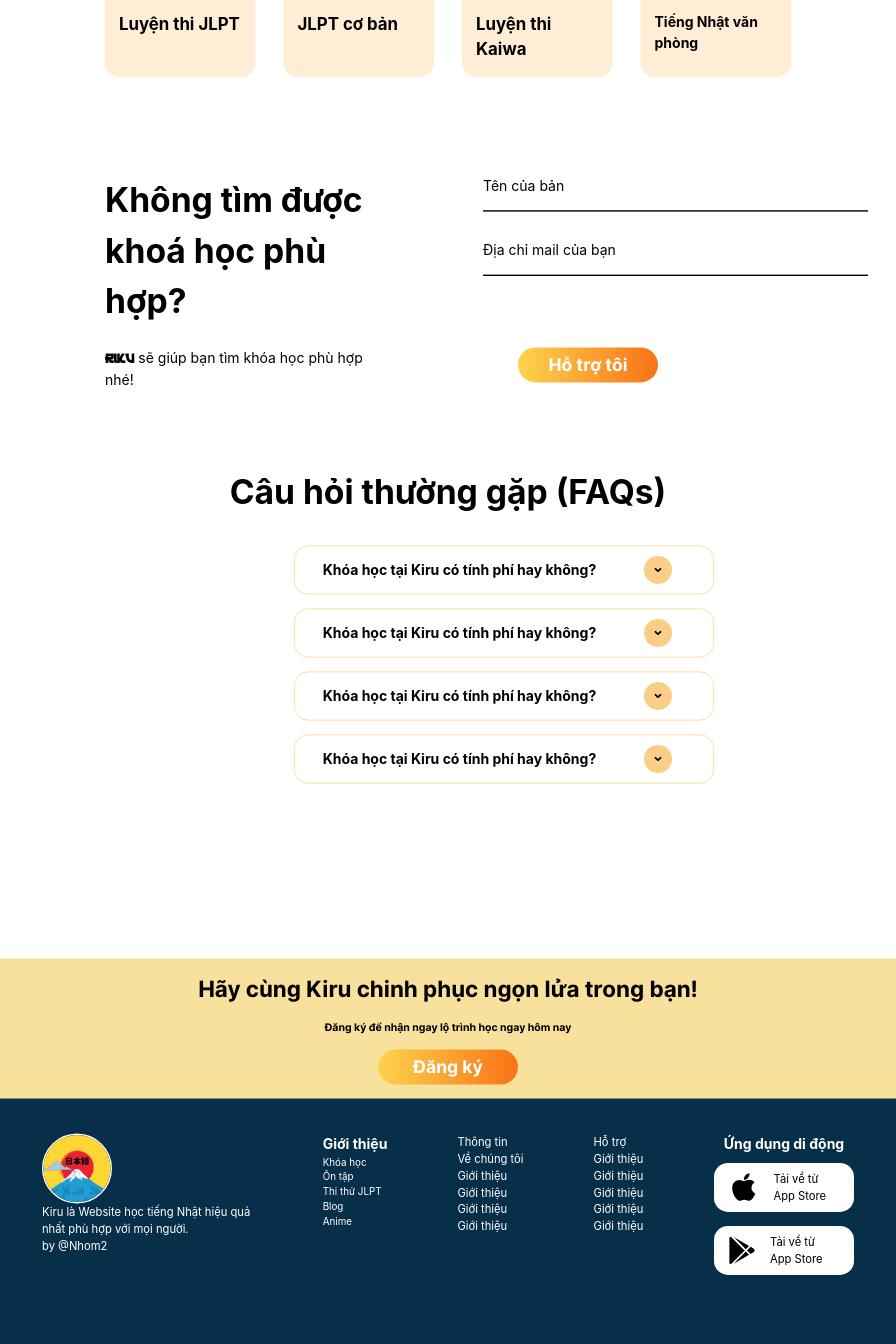
Repository: Quynhhuong150322/Kiru_Website-hoc-tieng-Nhat
Page: /
The author's editor kept a copy of each file at every save. The page is drawn from the files as they stood at one save, then again after the next save.
The browser window is 1280 px wide. The pictures show the part of the page from y = 3205 to 5125 px (the page is 5125 px tall), at 70% of full size.
The project was rebuilt for these pictures with package versions that can differ from the ones it lists, and the page was loaded fresh each time.

Above is the page before, as saved 2023-08-17 02:33:54.

### public/index.html
<!DOCTYPE html>
<html lang="en">
  <head>
    <meta charset="utf-8" />
    <link rel="icon" href="%PUBLIC_URL%/favicon.ico" />
    <meta name="viewport" content="width=device-width, initial-scale=1" />
    <meta name="theme-color" content="#000000" />
    <meta
      name="description"
      content="Web site created using create-react-app"
    />
    <link rel="apple-touch-icon" href="%PUBLIC_URL%/logo192.png" />
    <!--
      manifest.json provides metadata used when your web app is installed on a
      user's mobile device or desktop. See https://developers.google.com/web/fundamentals/web-app-manifest/
    -->
    <link rel="manifest" href="%PUBLIC_URL%/manifest.json" />
    <!--
      Notice the use of %PUBLIC_URL% in the tags above.
      It will be replaced with the URL of the `public` folder during the build.
      Only files inside the `public` folder can be referenced from the HTML.

      Unlike "/favicon.ico" or "favicon.ico", "%PUBLIC_URL%/favicon.ico" will
      work correctly both with client-side routing and a non-root public URL.
      Learn how to configure a non-root public URL by running `npm run build`.
    -->
    <title>Kiru web</title>
  </head>
  <body>
    <noscript>You need to enable JavaScript to run this app.</noscript>
    <div id="root"></div>
    <!--
      This HTML file is a template.
      If you open it directly in the browser, you will see an empty page.

      You can add webfonts, meta tags, or analytics to this file.
      The build step will place the bundled scripts into the <body> tag.

      To begin the development, run `npm start` or `yarn start`.
      To create a production bundle, use `npm run build` or `yarn build`.
    -->
  </body>
</html>

### src/index.js
import React from 'react';
import ReactDOM from 'react-dom/client';
import './index.css';
import App from './App';
import reportWebVitals from './reportWebVitals';
import { BrowserRouter} from "react-router-dom";


const root = ReactDOM.createRoot(document.getElementById('root'));
root.render(
  <React.StrictMode>
    <BrowserRouter>
      <App />
    </BrowserRouter>
  </React.StrictMode>
);

// If you want to start measuring performance in your app, pass a function
// to log results (for example: reportWebVitals(console.log))
// or send to an analytics endpoint. Learn more: https://bit.ly/CRA-vitals
reportWebVitals();

### src/App.js
import './App.css';
import HeaderBefor from "./component/header_footer/HeaderBefor";
import Footer from "./component/header_footer/footer";
// import MyRoutes from './route/MyRoutes';
import GioiThieu from "./component/Gioi_thieu"
import KhoaHocBefor from "./component/Khoa_hoc_befor";
import LienHe from "./component/Lien_he";
import FAQs from "./component/FAQs";


function App() {
  return (
    <div className = "bg-white">
      {/* <MyRoutes></MyRoutes> */}
      <HeaderBefor></HeaderBefor>
      <GioiThieu></GioiThieu>
      <KhoaHocBefor></KhoaHocBefor>
      <LienHe></LienHe>
      <FAQs></FAQs>
      <Footer></Footer>
    </div>
  );
}

export default App;

### src/App.css
.App {
  text-align: center;
}

.App-logo {
  height: 40vmin;
  pointer-events: none;
}

@media (prefers-reduced-motion: no-preference) {
  .App-logo {
    animation: App-logo-spin infinite 20s linear;
  }
}

.App-header {
  background-color: #282c34;
  min-height: 100vh;
  display: flex;
  flex-direction: column;
  align-items: center;
  justify-content: center;
  font-size: calc(10px + 2vmin);
  color: white;
}

.App-link {
  color: #61dafb;
}

@keyframes App-logo-spin {
  from {
    transform: rotate(0deg);
  }
  to {
    transform: rotate(360deg);
  }
}

@font-face {
  font-family: Japanese;
  src: url(./font/Japanese\ 3017.ttf);
}

@font-face {
  font-family: InterBold;
  src: url(./font/Inter-Bold.ttf);
}

@font-face {
  font-family: InterRegular;
  src: url(./font/Inter-Regular.ttf);
}

@font-face {
  font-family: Montserrat;
  src: url(./font/MontserratAlternates-Bold.otf);
}

### src/component/header_footer/HeaderBefor.js
import React from "react";
import logo from "../../image/logo.png"
import { Link } from "react-router-dom";

const Header = () => {
    return (
        <div className = "bg-white top-0 h-[70px] ">
            <div class="flex justify-between items-center p-1">
                <Link to = "/">
                    <div className="flex flex-row items-center gap-5 pl-[50px] justify-center">
                        <img
                            className="h-[55px] w-55px] rounded-full "
                            src = {logo}
                            alt = "logo"
                        />
                        <div className="font-japanese text-[40px] font-bold">Kiru</div>
                    </div>
                </Link>
                <div className=""></div>
                    <ul className="flex space-x-4 justify-start gap-10 font-interBold text-[17px] pr-28 ">
                        <li className="hover:text-yellow-500">
                            <Link to = "/GioiThieu">Giới Thiệu</Link>
                        </li>
                        <li className="hover:text-yellow-500">
                            <Link to = "/LienHe">Liên hệ</Link>
                        </li>
                        <li className="hover:text-yellow-500">
                            <Link to = "/KhoaHocBefor">Khoá học</Link>
                        </li>
                        <li className="hover:text-yellow-500">
                            <Link to = "/FAQs">FAQs</Link>
                        </li>
                    </ul>
                <div className="pr-[50px] flex items-center ">
                    <ul className="flex space-x-4 justify-start gap-1 font-interBold text-[17px] items-center">
                        <li>
                            <button
                                type="button"
                                className="w-[117px] h-10 rounded-[20px] hover:border-2 border-amber-500 hover:text-sky-500">
                                Đăng nhập
                            </button>
                        </li>
                        <li>
                            <button
                                type="button"
                                className = "w-28 h-10 rounded-[20px] text-white bg-gradient-to-r from-amber-300  to-orange-500 hover:border-2 border-amber-700 hover:text-sky-500">
                                Đăng ký
                            </button>
                        </li>
                    </ul>
                </div>
            </div>

        </div>
    );
};
export default Header;

### src/component/header_footer/footer.js
import React from "react";
import logo from "../../image/logo.png";
import {FaApple, FaGooglePlay} from "react-icons/fa";

const Footer = () => {
    return (
        <div class="">
            <div className="h-[350px] bg-sky-950 flex justify-between pt-[50px] px-[60px]">
                <div className="flex-initial w-[300px]">
                    <img
                        className="h-[100px] w-100px] rounded-full border-2 border-white"
                        src = {logo}
                        alt = "logo"
                    />
                    <p className="text-white">Kiru là Website học tiếng Nhật hiệu quả nhất phù hợp với mọi người. <p className="">by @Nhom2</p></p>
                </div>
                <div className="flex flex-row gap-[100px]">
                    <ul class="list-none text-white">
                        <li className="font-bold text-[20px]">Giới thiệu</li>
                        <li className="hover:text-yellow-500 text-[14px]">Khóa học </li>
                        <li className="hover:text-yellow-500 text-[14px]">Ôn tập </li>
                        <li className="hover:text-yellow-500 text-[14px]">Thi thử JLPT</li>
                        <li className="hover:text-yellow-500 text-[14px]">Blog</li>
                        <li className="hover:text-yellow-500 text-[14px]">Anime</li>
                    </ul>
                    <ul class="list-none text-white">
                        <li >Thông tin</li>
                        <li className="hover:text-yellow-500">Về chúng tôi </li>
                        <li className="hover:text-yellow-500">Giới thiệu</li>
                        <li className="hover:text-yellow-500">Giới thiệu</li>
                        <li className="hover:text-yellow-500">Giới thiệu</li>
                        <li className="hover:text-yellow-500">Giới thiệu</li>
                    </ul>
                    <ul class="list-none text-white">
                        <li>Hỗ trợ</li>
                        <li className="hover:text-yellow-500">Giới thiệu</li>
                        <li className="hover:text-yellow-500">Giới thiệu</li>
                        <li className="hover:text-yellow-500">Giới thiệu</li>
                        <li className="hover:text-yellow-500">Giới thiệu</li>
                        <li className="hover:text-yellow-500">Giới thiệu</li>
                    </ul>
                </div>
                <div className="">
                    <p className="text-white text-[20px] font-bold text-center pb-3">Ứng dụng di động</p>
                    <div className="h-[70px] w-[200px] bg-white rounded-[20px] flex gap-5 items-center">
                        <div className="pl-5">
                            <FaApple className="w-[45px] h-[45px]"/>
                        </div>
                        <div className="flex-initial w-64">
                            Tải về từ <p className="">App Store</p>
                        </div>
                    </div>
                    <div className="pt-5">
                        <div className="h-[70px] w-[200px] bg-white rounded-[20px] flex gap-5 items-center">
                            <div className="pl-5 ">
                                <FaGooglePlay className="w-[40px] h-[40px]"/>
                            </div>
                            <div className="flex-initial w-64">
                                Tải về từ <p className="">App Store</p>
                            </div>
                        </div>
                    </div>
                </div>
            </div>
        </div>

    );
}
export default Footer;

### src/component/Khoa_hoc_befor.js
import React from "react";
import photo4 from "../image/photo4.png";
import photo5 from "../image/photo5.png";
import photo6 from "../image/photo6.png";
import photo7 from "../image/photo7.png";

const KhoaHocBefor = () => {
    return (
        <div className="">
            <div className="">
                <div className="pt-[100px] pl-[150px] font-inter font-bold text-[48px] w-[650px]">Gợi ý khóa học có thể phù hợp với bạn</div>
                <dic className="flex flex-row gap-10 px-[150px] py-10">
                    <div className="w-[250px] h-[350px] bg-orange-100 rounded-[20px] py-5 px-5">
                        <div className="">
                            <img
                                className=" rounded-[20px]  "
                                src = {photo4}
                                alt = "Photo4"
                            />
                        </div>
                        <div className="pt-5 font-inter font-bold text-[24px]">Luyện thi JLPT</div>
                    </div>
                    <div className="w-[250px] h-[350px] bg-orange-100 rounded-[20px] py-5 px-5">
                        <div className="">
                            <img
                                className=" rounded-[20px]  "
                                src = {photo5}
                                alt = "Photo5"
                            />
                        </div>
                        <div className="pt-5 font-inter font-bold text-[24px]">JLPT cơ bản</div>
                    </div>
                    <div className="w-[250px] h-[350px] bg-orange-100 rounded-[20px] py-5 px-5">
                        <div className="">
                            <img
                                className=" rounded-[20px]  "
                                src = {photo6}
                                alt = "Photo6"
                            />
                        </div>
                        <div className="pt-5 font-inter font-bold text-[24px]">Luyện thi Kaiwa</div>
                    </div>
                    <div className="w-[250px] h-[350px] bg-orange-100 rounded-[20px] py-5 px-5">
                        <div className="">
                            <img
                                className=" rounded-[20px]  "
                                src = {photo7}
                                alt = "Photo7"
                            />
                        </div>
                        <div className="pt-5 font-inter font-bold text-[20px]">Tiếng Nhật văn phòng</div>
                    </div>
                </dic>
            </div>
        </div>
    )
}
export default KhoaHocBefor;

### src/component/Lien_he.js
import React from "react";


const LienHe = () => {
    return (
        <div className="">
            <div className="grid grid-cols-2 gap-[100px] pt-[100px]">
                <div className="font-inter font-bold text-[48px] pl-[150px] ">Không tìm được khoá học phù hợp?</div>
                <div className="">
                    <div className="">
                        <p className="font-inter  text-[20px] pb-5">Tên của bản</p>
                        <div className="h-[2px] w-[550px] bg-black "></div>
                    </div>
                    <div className="">
                        <p className="font-inter  text-[20px] pb-5 pt-10">Địa chỉ mail của bạn</p>
                        <div className="h-[2px] w-[550px] bg-black "></div>
                    </div>
                </div>
            </div>
            <div className="grid grid-cols-2 gap-[200px] pt-[30px]">
                <div className="font-inter text-[20px] pl-[150px]"><a className="font-japanese font-bold">Riku</a> sẽ giúp bạn tìm khóa học phù hợp nhé!</div>
                <div className="">
                    <button
                        type="button"
                        className = "w-[200px] h-[50px] rounded-[40px] text-white bg-gradient-to-r from-amber-300  to-orange-500 hover:border-2 border-amber-700 hover:text-sky-500 font-interBold text-[25px] items-center">
                        Hỗ trợ tôi
                    </button>
                </div>
            </div>

        </div>
    )
}
export default LienHe;

### src/component/FAQs.js
import React from "react";
import {FaAngleDown} from "react-icons/fa";


const FAQs = () => {
    return (
        <div className="">
            <div className="">
                <div className="pt-[110px] font-inter font-bold text-[48px] text-center pb-10">Câu hỏi thường gặp (FAQs)</div>
                <div className="px-[420px] content-center  ">
                    <div className="h-[70px] w-[600px]  border border-amber-500/50 rounded-[20px]  px-10 grid grid-cols-2 gap-[400px] items-center">
                        <p className="flex-initial w-[800px] font-bold text-[20px]">Khóa học tại Kiru có tính phí hay không?</p>
                        <div className="w-[40px] h-[40px] bg-amber-500/50 rounded-[30px] items-center py-3 pl-3">
                            <FaAngleDown/>
                        </div>
                    </div>
                </div>
                <div className="px-[420px] content-center pt-5 ">
                    <div className="h-[70px] w-[600px]  border border-amber-500/50 rounded-[20px]  px-10 grid grid-cols-2 gap-[400px] items-center">
                        <p className="flex-initial w-[800px] font-bold text-[20px]">Khóa học tại Kiru có tính phí hay không?</p>
                        <div className="w-[40px] h-[40px] bg-amber-500/50 rounded-[30px] items-center py-3 pl-3">
                            <FaAngleDown/>
                        </div>
                    </div>
                </div>
                <div className="px-[420px] content-center pt-5 ">
                    <div className="h-[70px] w-[600px]  border border-amber-500/50 rounded-[20px]  px-10 grid grid-cols-2 gap-[400px] items-center">
                        <p className="flex-initial w-[800px] font-bold text-[20px]">Khóa học tại Kiru có tính phí hay không?</p>
                        <div className="w-[40px] h-[40px] bg-amber-500/50 rounded-[30px] items-center py-3 pl-3">
                            <FaAngleDown/>
                        </div>
                    </div>
                </div>
                <div className="px-[420px] content-center pt-5 ">
                    <div className="h-[70px] w-[600px]  border border-amber-500/50 rounded-[20px]  px-10 grid grid-cols-2 gap-[400px] items-center">
                        <p className="flex-initial w-[800px] font-bold text-[20px]">Khóa học tại Kiru có tính phí hay không?</p>
                        <div className="w-[40px] h-[40px] bg-amber-500/50 rounded-[30px] items-center py-3 pl-3">
                            <FaAngleDown/>
                        </div>
                    </div>
                </div>
            </div>
            <div className="pt-[250px] ">
                <div className="h-[200px] bg-yellow-500/40 items-center">
                    <div className="text-[32px] font-interBold text-center pt-5">Hãy cùng Kiru chinh phục ngọn lửa trong bạn!</div>
                    <p className="text-[15px] font-interBold text-center pt-5">Đăng ký để nhận ngay lộ trình học ngay hôm nay</p>
                    <div className="text-center pt-5">
                        <button
                            type="button"
                            className = "w-[200px] h-[50px] rounded-[40px] text-white bg-gradient-to-r from-amber-300  to-orange-500 hover:border-2 border-amber-700 hover:text-sky-500 font-interBold text-[25px] items-center">
                            Đăng ký
                        </button>
                    </div>
                </div>
            </div>
        </div>
    )
}
export default FAQs;

### tailwind.config.js
/** @type {import('tailwindcss').Config} */
module.exports = {
  content: ["./src/**/*.{html,js}"],
  // plugins: [require("tailwind-scrollbar")],
  theme: {
    extend: {
      fontSize: {
        sm: '9px',
        base: '13px',
        xl: '20px',
        '2xl': '60px',
        '3xl': '80px',
        '4xl': '90px',
        '5xl': '100px',
      }
    },
    screens: {
      'sm': {'min': '400px', 'max': '767px'},
      // => @media (min-width: 640px and max-width: 767px) { ... }

      'md': {'min': '768px', 'max': '1023px'},
      // => @media (min-width: 768px and max-width: 1023px) { ... }

      'lg': {'min': '1024px', 'max': '1279px'},
      // => @media (min-width: 1024px and max-width: 1279px) { ... }

      'xl': {'min': '1280px', 'max': '1535px'},
      // => @media (min-width: 1280px and max-width: 1535px) { ... }

      '2xl': {'min': '1536px'},
      // => @media (min-width: 1536px) { ... }
    },

    fontFamily: {
      japanese: ['"Japanese"'],
      interBold: ['"InterBold"'],
      interRegular: ['"InterRegular"'],
      montserrat: ['"Montserrat"']
    },
  },
  plugins: [],
}

Loaded but not shown: src/index.css (common file); src/reportWebVitals.js (common file); src/component/Gioi_thieu.js (187 lines, source omitted)

After the next save:
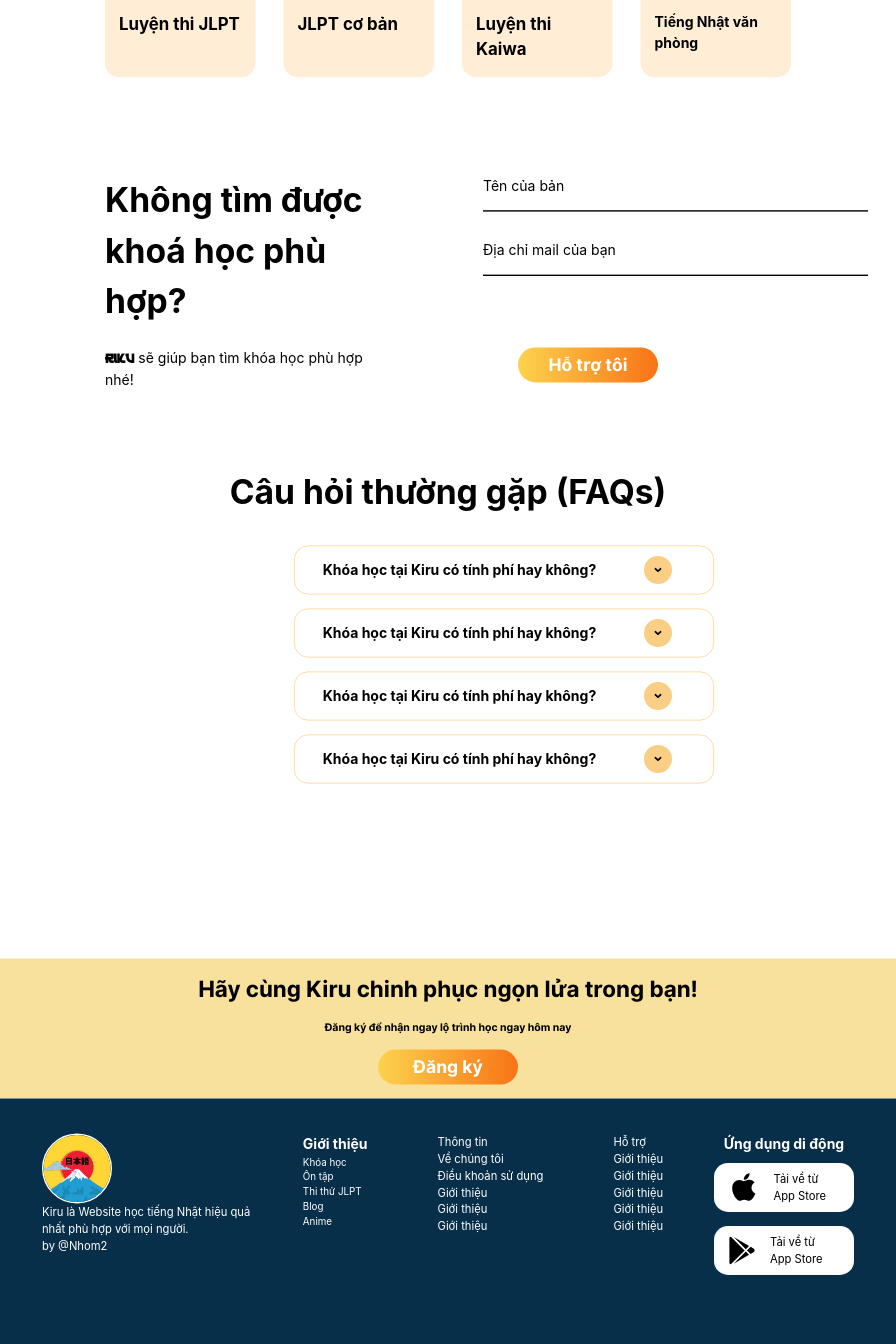
Saved 7 s later.
--- a/src/component/header_footer/footer.js
+++ b/src/component/header_footer/footer.js
@@ -26,7 +26,7 @@ const Footer = () => {
                     <ul class="list-none text-white">
                         <li >Thông tin</li>
                         <li className="hover:text-yellow-500">Về chúng tôi </li>
-                        <li className="hover:text-yellow-500">Giới thiệu</li>
+                        <li className="hover:text-yellow-500">Điều khoản sử dụng</li>
                         <li className="hover:text-yellow-500">Giới thiệu</li>
                         <li className="hover:text-yellow-500">Giới thiệu</li>
                         <li className="hover:text-yellow-500">Giới thiệu</li>
